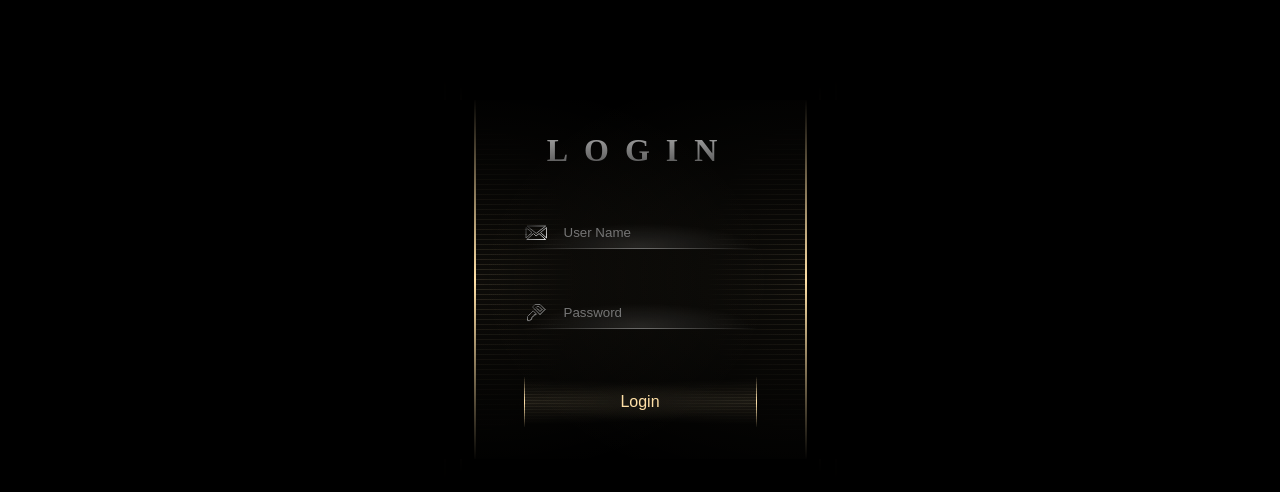
Repository: irfan-shah-sherani/Travel-Tour
Page: public/index.html
The author's editor kept a copy of each file at every save. The page is drawn from the files as they stood at one save, then again after the next save.
The browser window is 1280 px wide. The pictures show the whole page.

Above is the page before, as saved 2025-07-11 12:51:50.

### public/index.html
<!DOCTYPE html>
<html lang="en">
<head>
    <meta charset="UTF-8">
    <meta name="viewport" content="width=device-width, initial-scale=1.0">
    <title>login page</title>
    <link rel="stylesheet" href="index.css">
</head>
<body style="background-color: black; ">

    <!-- main container -->
<div class="wrapper">
  <form class="form">
    <!-- inner form -->
    <span class="title">Login</span>

    <!-- user name theme -->
    <div class="input-container">
      <svg
        width="24"
        height="24"
        viewBox="0 0 24 24"
        fill="none"
        xmlns="http://www.w3.org/2000/svg"
      >
        <defs>
          <linearGradient
            id="gradient-stroke"
            x1="0"
            y1="0"
            x2="24"
            y2="24"
            gradientUnits="userSpaceOnUse"
          >
            <stop offset="0%" stop-color="black"></stop>
            <stop offset="100%" stop-color="white"></stop>
          </linearGradient>
        </defs>

        <g stroke="url(#gradient-stroke)" fill="none" stroke-width="1">
          <path d="M21.6365 5H3L12.2275 12.3636L21.6365 5Z"></path>
          <path d="M16.5 11.5L22.5 6.5V17L16.5 11.5Z"></path>
          <path d="M8 11.5L2 6.5V17L8 11.5Z"></path>
          <path
            d="M9.5 12.5L2.81805 18.5002H21.6362L15 12.5L12 15L9.5 12.5Z"
          ></path>
        </g>
      </svg>
      <!-- user name theme -->
       <!-- user name placeholder -->
      <input class="input" type="text" placeholder="User Name" />
    </div>

    <div class="input-container">
      <svg
        width="24"
        height="24"
        viewBox="0 0 24 24"
        fill="none"
        xmlns="http://www.w3.org/2000/svg"
      >
        <g stroke="url(#gradient-stroke)" fill="none" stroke-width="1">
          <path
            d="M3.5 15.5503L9.20029 9.85L12.3503 13L11.6 13.7503H10.25L9.8 15.1003L8 16.0003L7.55 18.2503L5.5 19.6003H3.5V15.5503Z"
          ></path>
          <path d="M16 3.5H11L8.5 6L16 13.5L21 8.5L16 3.5Z"></path>
          <path d="M16 10.5L18 8.5L15 5.5H13L12 6.5L16 10.5Z"></path>
        </g>
      </svg>
      <input class="input" type="password" placeholder="Password" />
    </div>

    <div class="login-button">
      <input class="input" type="submit" value="Login" />
    </div>

    <div class="texture"></div>
  </form>
</div>

</body>
</html>

### public/index.css
.wrapper {
  width: 100%;
  height: 100%;
  display: grid;
  place-content: center;
  background: black;
  margin-top: 100px;
  z-index: -2;
}

.form {
  padding: 2rem 3rem;
  display: grid;
  place-items: center;
  gap: 3rem;
  border: 1px solid transparent;
  -o-border-image: linear-gradient(transparent, #ffe0a6, transparent) 1;
  border-image: linear-gradient(transparent, #ffe0a6, transparent) 1;
  border-width: 0 2px 0px 2px;
  background: radial-gradient(
      100% 61.73% at 100% 50%,
      rgba(255, 224, 166, 0.05) 0%,
      transparent 100%
    ),
    radial-gradient(
      91.09% 56.23% at 0% 50%,
      rgba(255, 224, 166, 0.05) 0%,
      transparent 100%
    );
  position: relative;
}
.form::before,
.form::after {
  content: "";
  position: absolute;
  border: 1px solid transparent;
  border: inherit;
  z-index: -1;
}
.form::before {
  inset: -1rem;
  opacity: 15%;
}
.form::after {
  inset: -2rem;
  opacity: 5%;
}
.form .title {
  color: white;
  font-size: 2rem;
  font-weight: 700;
  text-align: center;
  letter-spacing: 1rem;
  text-transform: uppercase;
  background: linear-gradient(rgb(170, 170, 170), rgb(78, 78, 78));
  color: transparent;
  -webkit-background-clip: text;
  background-clip: text;
}
.form .input-container {
  display: flex;
  align-items: center;
  background: radial-gradient(
    47.3% 73.08% at 50% 94.23%,
    rgba(255, 255, 255, 0.1) 5%,
    rgba(0, 0, 0, 0) 100%
  );
  border: 1px solid transparent;
  -o-border-image: radial-gradient(
      circle,
      rgba(255, 255, 255, 0.445) 0%,
      rgba(0, 0, 0, 0) 100%
    )
    1;
  border-image: radial-gradient(
      circle,
      rgba(255, 255, 255, 0.445) 0%,
      rgba(0, 0, 0, 0) 100%
    )
    1;
  border-width: 0 0 1px 0;
}
.form .input-container svg {
  stroke: grey;
}
.form .input-container svg g {
  transition: all 0.2s ease-in-out;
}
.form .input-container .input {
  background: none;
  border: none;
  padding: 0.5rem 1rem;
  color: white;
}
.form .input-container .input:focus {
  outline: none;
  color: #ffe0a6;
}
.form .input-container:focus-within {
  background: radial-gradient(
    47.3% 73.08% at 50% 94.23%,
    rgba(255, 224, 166, 0.1) 5%,
    rgba(0, 0, 0, 0) 100%
  );
  -o-border-image: radial-gradient(circle, #ffe0a6 0%, transparent 100%) 1;
  border-image: radial-gradient(circle, #ffe0a6 0%, transparent 100%) 1;
}
.form .input-container:focus-within svg g {
  stroke: #ffe0a6;
}
.form .login-button {
  width: 100%;
  position: relative;
  transition: all 0.2s ease-in-out;
}
.form .login-button .input {
  cursor: pointer;
  padding: 1rem;
  width: 100%;
  background: radial-gradient(
      100% 45% at 100% 50%,
      rgba(255, 224, 166, 0.084) 0%,
      rgba(115, 115, 115, 0) 100%
    ),
    radial-gradient(
      100% 45% at 0% 50%,
      rgba(255, 224, 166, 0.084) 0%,
      rgba(115, 115, 115, 0) 100%
    );
  border: 1px solid transparent;
  -o-border-image: linear-gradient(transparent, #ffe0a6, transparent) 1;
  border-image: linear-gradient(transparent, #ffe0a6, transparent) 1;
  border-width: 0 1px 0 1px;
  text-align: center;
  color: #ffe0a6;
  font-size: 1rem;
}
.form .login-button::before {
  content: "";
  position: absolute;
  inset: 0;
  pointer-events: none;
  background-image: linear-gradient(
    0deg,
    rgba(255, 255, 255, 0.3764705882) 0.5px,
    transparent 0.5px
  );
  background-size: 0.1px 3px;
  mix-blend-mode: soft-light;
  -webkit-mask-image: radial-gradient(
      40% 45% at 100% 50%,
      white 0%,
      transparent 100%
    ),
    radial-gradient(40% 45% at 0% 50%, white 0%, transparent 100%);
  mask-image: radial-gradient(40% 45% at 100% 50%, white 0%, transparent 100%),
    radial-gradient(40% 45% at 0% 50%, white 0%, transparent 100%);
}
.form .login-button:hover {
  animation: flicker 0.5s infinite;
  width: 105%;
}
.form .login-button:active {
  width: 95%;
}
.form .texture {
  position: absolute;
  background-image: linear-gradient(0deg, #ffffff 1px, transparent 1px);
  background-size: 1px 5px;
  inset: 0;
  mix-blend-mode: soft-light;
  -webkit-mask-image: radial-gradient(
      30% 45% at 100% 50%,
      white 0%,
      transparent 100%
    ),
    radial-gradient(30% 45% at 0% 50%, white 0%, transparent 100%);
  mask-image: radial-gradient(30% 45% at 100% 50%, white 0%, transparent 100%),
    radial-gradient(30% 45% at 0% 50%, white 0%, transparent 100%);
  pointer-events: none;
  animation: movingLines 1s linear infinite;
}

@keyframes flicker {
  0% {
    filter: brightness(100%);
  }
  10% {
    filter: brightness(80%);
  }
  20% {
    filter: brightness(120%);
  }
  30% {
    filter: brightness(90%);
  }
  40% {
    filter: brightness(110%);
  }
  50% {
    filter: brightness(100%);
  }
  60% {
    filter: brightness(85%);
  }
  70% {
    filter: brightness(95%);
  }
  80% {
    filter: brightness(105%);
  }
  90% {
    filter: brightness(115%);
  }
  100% {
    filter: brightness(100%);
  }
}
@keyframes movingLines {
  0% {
    background-position: 0 0;
  }
  100% {
    background-position: 0 5px;
  }
}


/* --- RESPONSIVE MEDIA QUERIES --- */

/* Mobile Devices (width <= 700px) */
@media (max-width: 700px) {
  .form {
    padding: 1.5rem 1.5rem;
    gap: 2rem;
    border-width: 0 1px;
  }

  .form .title {
    font-size: 1.5rem;
    letter-spacing: 0.3rem;
  }

  .form .input-container {
    flex-direction: row;
    padding: 0.3rem;
  }

  .form .input-container svg {
    width: 20px;
    height: 20px;
  }

  .form .input-container .input {
    font-size: 0.9rem;
    width: 100%;
  }

  .form .login-button .input {
    font-size: 0.9rem;
    padding: 0.8rem;
  }

  .wrapper {
    margin-top: 50px;
    padding: 0 1rem;
  }
}

/* Tablets (width <= 1024px) */
@media (max-width: 1024px) {
  .form {
    padding: 2rem;
    gap: 2.5rem;
  }

  .form .title {
    font-size: 1.75rem;
    letter-spacing: 0.5rem;
  }

  .form .login-button:hover {
    width: 102%;
  }
}

After the next save:
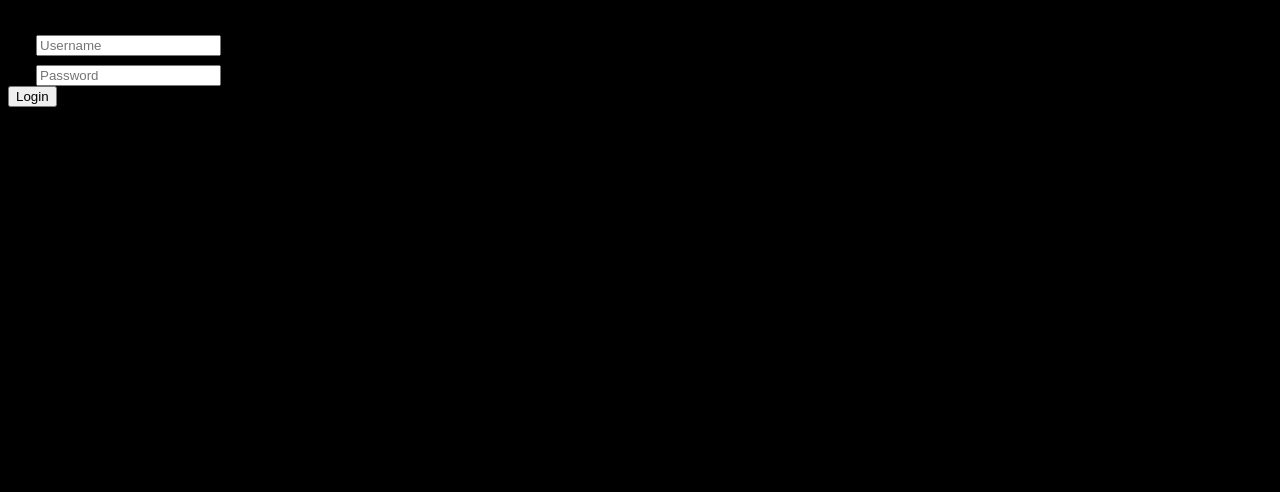
Not found: public/style.css
Saved 87 s later.
--- a/public/index.html
+++ b/public/index.html
@@ -1,82 +1,44 @@
 <!DOCTYPE html>
 <html lang="en">
 <head>
-    <meta charset="UTF-8">
-    <meta name="viewport" content="width=device-width, initial-scale=1.0">
-    <title>login page</title>
-    <link rel="stylesheet" href="index.css">
+  <meta charset="UTF-8" />
+  <meta name="viewport" content="width=device-width, initial-scale=1.0"/>
+  <title>Login Page</title>
+  <link rel="stylesheet" href="style.css" />
 </head>
-<body style="background-color: black; ">
+<body style="background-color: black">
 
-    <!-- main container -->
-<div class="wrapper">
-  <form class="form">
-    <!-- inner form -->
-    <span class="title">Login</span>
+  <div class="wrapper">
+    <form class="form" method="POST" action="/login">
+      <span class="title">Login</span>
 
-    <!-- user name theme -->
-    <div class="input-container">
-      <svg
-        width="24"
-        height="24"
-        viewBox="0 0 24 24"
-        fill="none"
-        xmlns="http://www.w3.org/2000/svg"
-      >
-        <defs>
-          <linearGradient
-            id="gradient-stroke"
-            x1="0"
-            y1="0"
-            x2="24"
-            y2="24"
-            gradientUnits="userSpaceOnUse"
-          >
-            <stop offset="0%" stop-color="black"></stop>
-            <stop offset="100%" stop-color="white"></stop>
-          </linearGradient>
-        </defs>
+      <!-- Username Field -->
+      <div class="input-container">
+        <svg width="24" height="24" viewBox="0 0 24 24">
+          <g stroke="url(#gradient-stroke)" fill="none" stroke-width="1">
+            <path d="M21.6365 5H3L12.2275 12.3636L21.6365 5Z"></path>
+          </g>
+        </svg>
+        <input class="input" type="text" name="username" placeholder="Username" required />
+      </div>
 
-        <g stroke="url(#gradient-stroke)" fill="none" stroke-width="1">
-          <path d="M21.6365 5H3L12.2275 12.3636L21.6365 5Z"></path>
-          <path d="M16.5 11.5L22.5 6.5V17L16.5 11.5Z"></path>
-          <path d="M8 11.5L2 6.5V17L8 11.5Z"></path>
-          <path
-            d="M9.5 12.5L2.81805 18.5002H21.6362L15 12.5L12 15L9.5 12.5Z"
-          ></path>
-        </g>
-      </svg>
-      <!-- user name theme -->
-       <!-- user name placeholder -->
-      <input class="input" type="text" placeholder="User Name" />
-    </div>
+      <!-- Password Field -->
+      <div class="input-container">
+        <svg width="24" height="24" viewBox="0 0 24 24">
+          <g stroke="url(#gradient-stroke)" fill="none" stroke-width="1">
+            <path d="M3.5 15.55L9.2 9.85L12.35 13L11.6 13.75H10.25L9.8 15.1L8 16L7.55 18.25L5.5 19.6H3.5V15.55Z"></path>
+          </g>
+        </svg>
+        <input class="input" type="password" name="password" placeholder="Password" required />
+      </div>
 
-    <div class="input-container">
-      <svg
-        width="24"
-        height="24"
-        viewBox="0 0 24 24"
-        fill="none"
-        xmlns="http://www.w3.org/2000/svg"
-      >
-        <g stroke="url(#gradient-stroke)" fill="none" stroke-width="1">
-          <path
-            d="M3.5 15.5503L9.20029 9.85L12.3503 13L11.6 13.7503H10.25L9.8 15.1003L8 16.0003L7.55 18.2503L5.5 19.6003H3.5V15.5503Z"
-          ></path>
-          <path d="M16 3.5H11L8.5 6L16 13.5L21 8.5L16 3.5Z"></path>
-          <path d="M16 10.5L18 8.5L15 5.5H13L12 6.5L16 10.5Z"></path>
-        </g>
-      </svg>
-      <input class="input" type="password" placeholder="Password" />
-    </div>
+      <!-- Submit Button -->
+      <div class="login-button">
+        <input class="input" type="submit" value="Login" />
+      </div>
 
-    <div class="login-button">
-      <input class="input" type="submit" value="Login" />
-    </div>
-
-    <div class="texture"></div>
-  </form>
-</div>
-
+      <div class="texture"></div>
+    </form>
+  </div>
 </body>
 </html>
